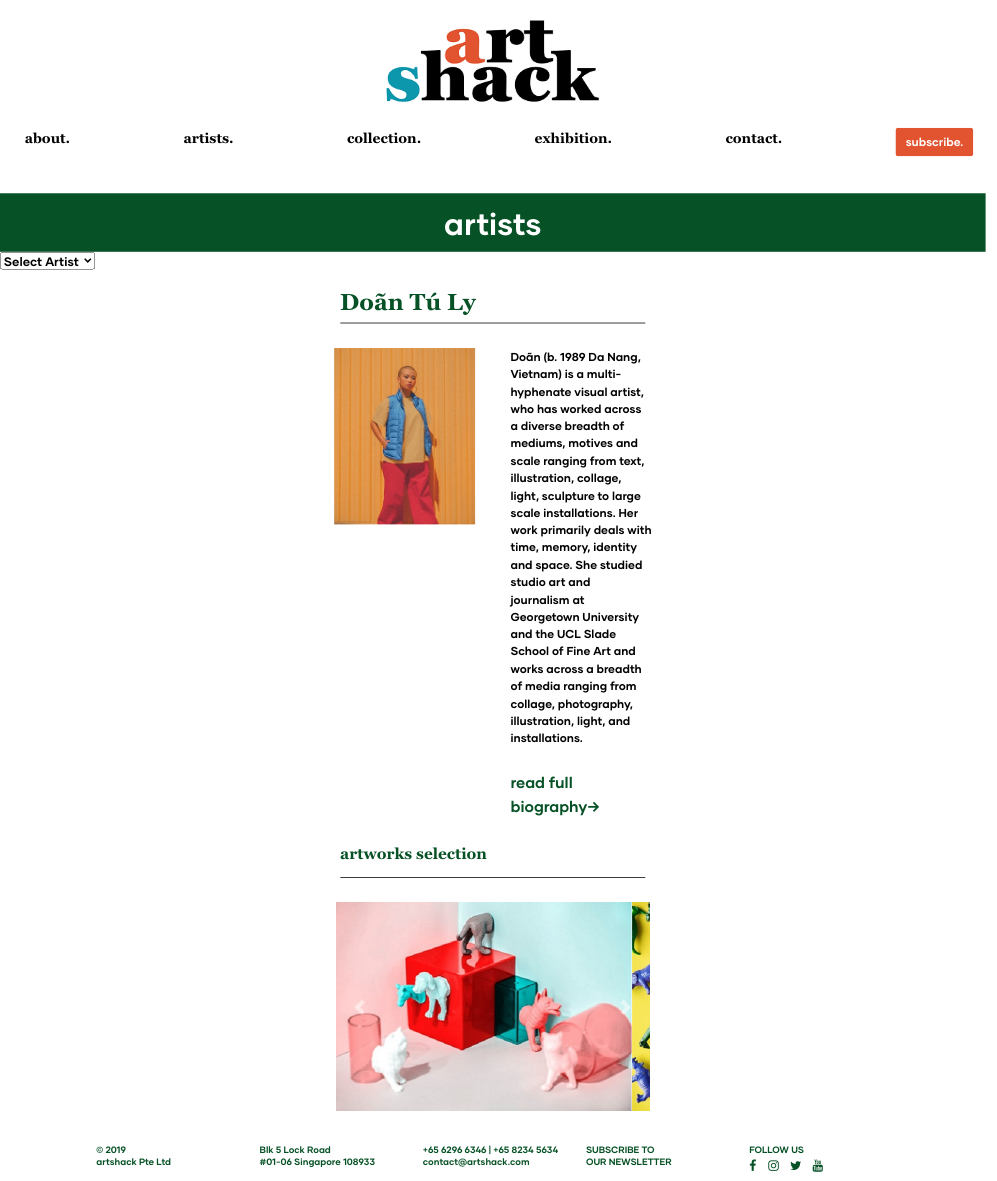
Repository: lynette-lyf/artshack
Page: doantuly.html
The author's editor kept a record of every edit. The page is drawn from the files as they stood at one moment, then again after the next edit.
The browser window is 1280 px wide. The page is 1295 px wide, so the pictures cover 1295 px, including what lies to the right of the window. The pictures show the whole page, at 77% of full size.

Above is the page before.
Not found: artists.css

### doantuly.html
<!doctype html>
<html lang="en">

<head>
  <!-- Required meta tags -->
  <meta charset="utf-8">
  <meta name="viewport" content="width=device-width, initial-scale=1, shrink-to-fit=no">

  <!-- Bootstrap CSS -->
  <link rel="stylesheet" href="https://stackpath.bootstrapcdn.com/bootstrap/4.3.1/css/bootstrap.min.css" integrity="sha384-ggOyR0iXCbMQv3Xipma34MD+dH/1fQ784/j6cY/iJTQUOhcWr7x9JvoRxT2MZw1T" crossorigin="anonymous">
  <link rel="stylesheet" href="artists.css" />
  <link rel="stylesheet" href="https://cdnjs.cloudflare.com/ajax/libs/font-awesome/4.7.0/css/font-awesome.min.css">
  <link href="https://unpkg.com/aos@2.3.1/dist/aos.css" rel="stylesheet">
  <title>artshack</title>

  <style>
/* font converted using font-converter.net. thank you! */
@font-face {
  font-family: "Georgia-Bold";
  src: url("./fonts/georgiab.eot"); /* IE9 Compat Modes */
  src: url("./fonts/georgiab.eot?#iefix") format("embedded-opentype"), /* IE6-IE8 */
    url("./fonts/georgiab.otf") format("opentype"), /* Open Type Font */
    url("./fonts/georgiab.svg") format("svg"), /* Legacy iOS */
    url("./fonts/georgiab.ttf") format("truetype"), /* Safari, Android, iOS */
    url("./fonts/georgiab.woff") format("woff"), /* Modern Browsers */
    url("./fonts/georgiab.woff2") format("woff2"); /* Modern Browsers */
  font-weight: normal;
  font-style: normal;
}


/* font converted using font-converter.net. thank you! */
@font-face {
  font-family: "GilmerBold";
  src: url("./fonts/GilmerBold.eot"); /* IE9 Compat Modes */
  src: url("./fonts/GilmerBold.eot?#iefix") format("embedded-opentype"), /* IE6-IE8 */
    url("./fonts/GilmerBold.otf") format("opentype"), /* Open Type Font */
    url("./fonts/GilmerBold.svg") format("svg"), /* Legacy iOS */
    url("./fonts/GilmerBold.ttf") format("truetype"), /* Safari, Android, iOS */
    url("./fonts/GilmerBold.woff") format("woff"), /* Modern Browsers */
    url("./fonts/GilmerBold.woff2") format("woff2"); /* Modern Browsers */
  font-weight: normal;
  font-style: normal;
}

    .logo {
      width: 280px;
    }

    /*Custom BootStrap4 CSS Styling credits to Saranya Rajendran @ https://stackoverflow.com/questions/49400853/how-to-change-navbar-hover-color-on-bootstrap-4/49405726*/

    .navbar-light .navbar-brand {
      color: black;
    }

    .navbar-light .navbar-nav .active>.nav-link,
    .navbar-light .navbar-nav .nav-link.active,
    .navbar-light .navbar-nav .nav-link.show,
    .navbar-light .navbar-nav .show>.nav-link {
      color: black;
    }

    .navbar-light .navbar-nav .nav-link {
      color: black;
    }

    .navbar-light .navbar-nav .nav-link-about,
    .navbar-light .navbar-nav .nav-link-artists,
    .navbar-light .navbar-nav .nav-link-collection,
    .navbar-light .navbar-nav .nav-link-exhibition,
    .navbar-light .navbar-nav .nav-link-contact {
      color: black;
    }

    .navbar-light .navbar-nav .nav-link-about:hover,
    .navbar-light .navbar-nav .nav-link-contact:hover {
      color: rgb(13, 151, 172) !important;
      text-decoration: none;
    }

    .navbar-light .navbar-nav .nav-link-artists:hover {
      color: rgb(6, 81, 37) !important;
      text-decoration: none;
    }

    .navbar-light .navbar-nav .nav-link-collection:hover {
      color: rgb(221, 160, 51) !important;
      text-decoration: none;
    }

    .navbar-light .navbar-nav .nav-link-exhibition:hover {
      color: rgb(226, 83, 47) !important;
      text-decoration: none;
    }

    .navbar ul {
      display: flex;
      align-items: stretch;
      /* Default */
      justify-content: space-between;
      width: 100%;
      background: #fff;
      margin: 0;
      padding: 0;
    }

    .navbar li {
      display: block;
      flex: 0 1 auto;
      /* Default */
      list-style-type: none;
      background: #fff;
    }

    .navbar .nav-item-subscribe {
      color: white;
    }

    .navbar {
      font-family: Georgia-Bold;
      color: black;
      font-size: 18px;
    }




    form {
      font-family: GilmerBold;
    }

    .form-group .form-control {
      background-color: rgb(6, 81, 37);
      color: white;
    }

    .btn {
      font-family: GilmerBold;
      font-size: 15px;
      color: white;
      background-color: rgb(226, 83, 47);
    }

    .btn:hover {
      color: white;
      background-color: rgb(13, 151, 172);
    }

    .btn:focus {
      color: orange;
    }

    .box {
      background-color: white;
      color: white;
    }

.container-fluid-footer h3 {
  font-family: GilmerBold;
  font-size: 12px;
  color: rgb(6,81,37);
}

.container-fluid-footer h3 a {
  text-decoration: none;
  color: rgb(6,81,37);
}


.container-fluid-footer #socials a {
  text-decoration: none;
  color: rgb(6,81,37);
  margin: 6px;
}

.container-fluid-footer #socials a:hover,
.container-fluid-footer h3 a:hover,
.container-fluid-footer .newsletter:hover{
  color: rgb(221,160,51);
}

@media (max-width: 1023px) {
  .container-fluid-footer .newsletter { display: none; }
}

.container-fluid-artists {
  background-color: rgb(6,81,37);
}

.container-fluid-artists #artists {
  font-family: GilmerBold;
  font-size: 40px;
  color: white;
}

hr {
  margin-top: 0px;
  padding: 0px;
  color: black;
  border-top: 1.5px solid;
}




.container-fluid-artistscontent #D,
.container-fluid-artistscontent #S {
  font-family: Georgia-Bold;
  font-size: 30px;
  padding: 0px;
}

.container-fluid-artistscontent #D,
.container-fluid-artistscontent #Dbio,
.container-fluid-artistscontent #Dsel {
  color: rgb(6,81,37);
}

.container-fluid-artistscontent #S,
.container-fluid-artistscontent #Sbio,
.container-fluid-artistscontent #Ssel {
  color: rgb(226,83,47);
}


.container-fluid-artistscontent #Dbio,
.container-fluid-artistscontent #Sbio {
  text-decoration:none;
  font-family:GilmerBold;
  font-size: 20px;
  text-align: right;
}

.container-fluid-artistscontent #Dbio:hover,
.container-fluid-artistscontent #Sbio:hover {
  color: rgb(221,160,51);
}

.container-fluid-artistscontent p {
  font-family: GilmerBold;
  font-size: 15px;
  color: black;
}

.container-fluid-artistscontent #Dsel,
.container-fluid-artistscontent #Ssel {
  font-family: Georgia-Bold;
  font-size: 20px;
  padding:0px;
}




  </style>

</head>



<header>
  <!--Logo with navigation to Home Page-->
  <div class="container-fluid">
    <div class="logo mx-auto pt-4">
      <a href="index.html"><img class="img-fluid" src="images/logo.png"></img></a>
    </div>

  </div>

  <div class="container-fluid pl-0 pr-0">
    <!--Navbar credits to https://getbootstrap.com/docs/4.3/components/navbar/-->
    <nav class="navbar navbar-expand-lg navbar-light bg-nobg">
      <a class="navbar-brand" href="#"></a>
      <button class="navbar-toggler" type="button" data-toggle="collapse" data-target="#navbarNav" aria-controls="navbarNav" aria-expanded="false" aria-label="Toggle navigation">
    <span class="navbar-toggler-icon"></span>
  </button>
      <div class="collapse navbar-collapse" id="navbarNav">
        <ul class="navbar-nav">
          <li class="nav-item active">
            <a class="nav-link-about" href="about.html">about.</a>
          </li>
          <li class="nav-item">
            <a class="nav-link-artists" href="artists.html">artists.</a>
          </li>
          <li class="nav-item">
            <a class="nav-link-collection" href="index.html#collection">collection.</a>
          </li>
          <li class="nav-item">
            <a class="nav-link-exhibition" href="index.html#current-exhibition">exhibition.</a>
          </li>
          <li class="nav-item">
            <a class="nav-link-contact" href="index.html#contact">contact.</a>
          </li>
          <!--Modal credits to https://mdbootstrap.com/docs/jquery/modals/forms/-->
          <li class="nav-item-subscribe">
            <a class="btn btn-default btn-rounded mb-4" data-toggle="modal" data-target="#modalSubscriptionForm">subscribe.</a>
          </li>
          <div class="modal fade" id="modalSubscriptionForm" tabindex="-1" role="dialog" aria-labelledby="myModalLabel" aria-hidden="true">
            <div class="modal-dialog" role="document">
              <div class="modal-content">
                <div class="modal-header text-center" style="color: white;background-color:rgb(221,160,51);">
                  <h4 class="modal-title">Subscribe to our Newsletter
                    <div style="font-size: 14px">(& get exclusive invitations to
                      <div> our exhibition openings!)</div>
                    </div>
                  </h4>
                  <button type="button" class="close" data-dismiss="modal" aria-label="Close">
          <span aria-hidden="true">&times;</span>
        </button>
                </div>
                <div class="modal-body" style="color: white;background-color:rgb(6,81,37);">
                  <div class="md-form mb-1 mt-2 mx-3">
                    <input type="text" id="form3" class="form-control validate">
                    <label data-error="wrong" data-success="right" for="form3">name</label>
                  </div>

                  <div class="md-form mx-3">
                    <input type="email" id="form2" class="form-control validate">
                    <label data-error="wrong" data-success="right" for="form2">email address</label>
                  </div>

                </div>
                <div class="modal-footer d-flex justify-content-center" style="color: white;background-color:rgb(226,83,47);>
        <button class=" btn btn-indigo ">Subscribe</button>
      </div>
    </div>
  </div>
</div>
        </ul>
      </div>
    </nav>
</header>

<body>
<!--Artists section-->
<div class="container-fluid-artists mt-3">
            <div class="row ">
              <div class="col text-center my-2 mx-3" id="artists">artists</div>
            </div>
</div>
<div class="container-fluid-form">
 <div class="row">
              <div class="col" id="artistform">
                <form name="artistList">
              <select name="artistMenu" id="artistMenu">
               <option value="nothing" selected="selected">Select Artist</option>
               <option value="doantuly.html">Doãn Tú Ly</option>
               <option value="songyejun.html">Song Ye-Jun</option>
              </select>
             </form>
    <script type="text/javascript">
      var urlMenu = document.getElementById('artistMenu');
      urlMenu.onchange = function() {
        var userOption = this.options[this.selectedIndex];
        if (userOption.value != "nothing") {
          window.open(userOption.value, "Artists Page", "");window.open('page.html', '_self');
        }
      }
    </script>
    </div>
</div>

<!--Artist 1-->
<div class="container-fluid-artistscontent mt-3 mx-auto">
<div class="row justify-content-center mx-auto">
<div class="col col-xl-4 col-lg-8 col-md-10 col-sm-12 mx-2 my-2"><h1 id="D">Doãn Tú Ly</h1><hr></div>
</div>

<div class="row justify-content-center mx-auto">
<div class="col col-xl-2 col-lg-4 col-md-5 col-sm-12 mx-2 my-2"><img class="img-fluid" src="images/artist1.jpg"></div>
<div class="col col-xl-2 col-lg-4 col-md-5 col-sm-12 mx-2 my-2"><p>Doãn (b. 1989 Da Nang, Vietnam) is a multi-hyphenate visual artist,
who has worked across a diverse breadth of mediums, motives and scale ranging from text,
illustration, collage, light, sculpture to large scale installations. Her work primarily
deals with time, memory, identity and space. She studied studio art and journalism at
Georgetown University and the UCL Slade School of Fine Art and works across a breadth
of media ranging from collage, photography, illustration, light, and installations.<div class="artistbio pt-3">
<a href="#" id="Dbio">read full biography→<a></div></p></div>
</div>

<div class="row justify-content-center mx-auto">
<div class="col col-xl-4 col-lg-8 col-md-10 col-sm-12 mx-2 my-2"><p id="Dsel">artworks selection</p><hr></div>
</div>

<div class="row justify-content-center">
<div class="col col-xl-4 col-lg-8 col-md-10 col-sm-12 mx-2 my-2">

<div id="carouselExampleControls" class="carousel slide" data-ride="carousel">
  <div class="carousel-inner">
    <div class="carousel-item active">
      <img src="images/artist1work1.jpg" class="d-block w-100" alt="...">
    </div>
    <div class="carousel-item">
      <img src="images/artist1work2.jpg" class="d-block w-100" alt="...">
    </div>
    <div class="carousel-item">
      <img src="images/artist1work3.jpg" class="d-block w-100" alt="...">
    </div>
  </div>
  <a class="carousel-control-prev" href="#carouselExampleControls" role="button" data-slide="prev">
    <span class="carousel-control-prev-icon" aria-hidden="true"></span>
    <span class="sr-only">Previous</span>
  </a>
  <a class="carousel-control-next" href="#carouselExampleControls" role="button" data-slide="next">
    <span class="carousel-control-next-icon" aria-hidden="true"></span>
    <span class="sr-only">Next</span>
  </a>
</div>
</div>
</div>
</div>
</div>

                <!-- Optional JavaScript -->
                <!-- jQuery first, then Popper.js, then Bootstrap JS -->
                <script src="https://code.jquery.com/jquery-3.3.1.slim.min.js " integrity="sha384-q8i/X+965DzO0rT7abK41JStQIAqVgRVzpbzo5smXKp4YfRvH+8abtTE1Pi6jizo " crossorigin="anonymous ">
                </script>
                <script src="https://cdnjs.cloudflare.com/ajax/libs/popper.js/1.14.7/umd/popper.min.js " integrity="sha384-UO2eT0CpHqdSJQ6hJty5KVphtPhzWj9WO1clHTMGa3JDZwrnQq4sF86dIHNDz0W1 " crossorigin="anonymous ">
                </script>
                <script src="https://stackpath.bootstrapcdn.com/bootstrap/4.3.1/js/bootstrap.min.js " integrity="sha384-JjSmVgyd0p3pXB1rRibZUAYoIIy6OrQ6VrjIEaFf/nJGzIxFDsf4x0xIM+B07jRM " crossorigin="anonymous ">
                </script>
                <script src="https://unpkg.com/aos@2.3.1/dist/aos.js"></script>
</body>


<footer>

<!--Page footer-->
  <div class="container-fluid-footer">
  <div class="box">&nbsp;</div>
            <div class="row justify-content-center pt-1 mx-1 mt-2 mb-2">
              <div class="column col-xl-2 col-lg-2 col-md-3 col-sm-10">
<h3 class="copyright">© 2019<br>artshack Pte Ltd</h3>
</div>
<div class="column col-xl-2 col-lg-3 col-md-3 col-sm-10">
<h3 class="address">Blk 5 Lock Road<br> #01-06 Singapore 108933</h3>
</div>

<div class="column col-xl-2 col-lg-3 col-md-3 col-sm-10 ">
<h3 class="contactinfo">+65 6296 6346  |  +65 8234 5634<br><a href="mailto:contact@artshack.com">contact@artshack.com</a></h3>
</div>

<div class="column col-xl-2 col-lg-2 col-md-0 col-sm-0">
<h3 class="newsletter"><a data-toggle="modal" data-target="#modalSubscriptionForm">SUBSCRIBE TO<br>OUR NEWSLETTER</h3></a>
</div>

<div class="column col-xl-2 col-lg-2 col-md-3 col-sm-10 " id="socials">
<h3 class="socials" style="padding: 0px; margin: 0px;">FOLLOW US</h3>
  <a style="margin-left:0px;" href="https://www.facebook.com"><i class="fa fa-facebook"></i></a>
  <a style="margin:5px" href="https://www.instagram.com"><i class="fa fa-instagram"></i></a>
  <a style="margin:5px" href="https://www.twitter.com"><i class="fa fa-twitter"></i></a>
  <a style="margin:5px" href="https://www.youtube.com"><i class="fa fa-youtube"></i></a>
</div>

</div>
</div>
</div>





</footer>

</html>

After the next edit:
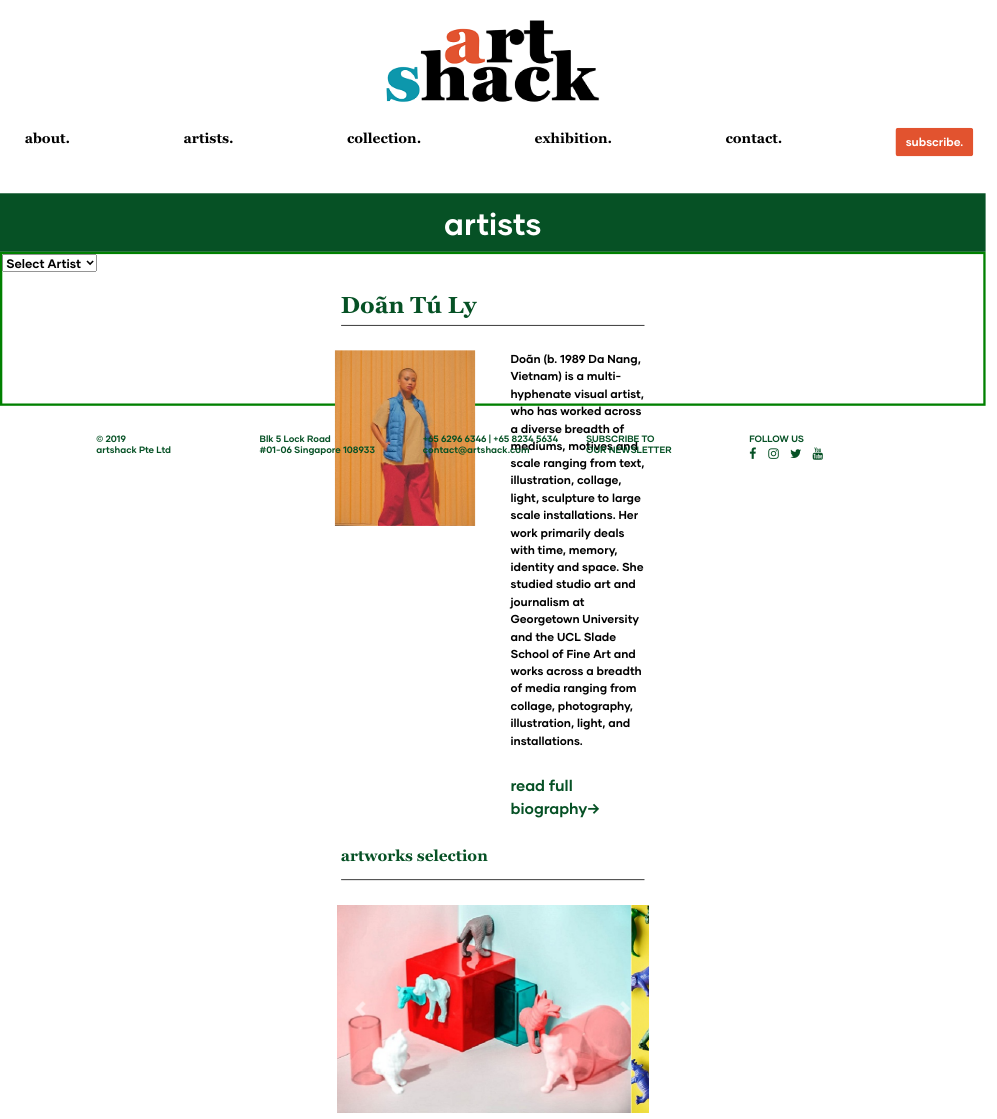
The edit:
--- a/doantuly.html
+++ b/doantuly.html
@@ -249,9 +249,20 @@
   padding:0px;
 }
 
-
-
-
+.container-fluid-form {
+  height: 200px;
+  position: relative;
+  border: 3px solid green;
+}
+
+.center {
+  margin: 0;
+  position: absolute;
+  top: 50%;
+  left: 50%;
+  -ms-transform: translate(-50%, -50%);
+  transform: translate(-50%, -50%);
+}
   </style>
 
 </head>
